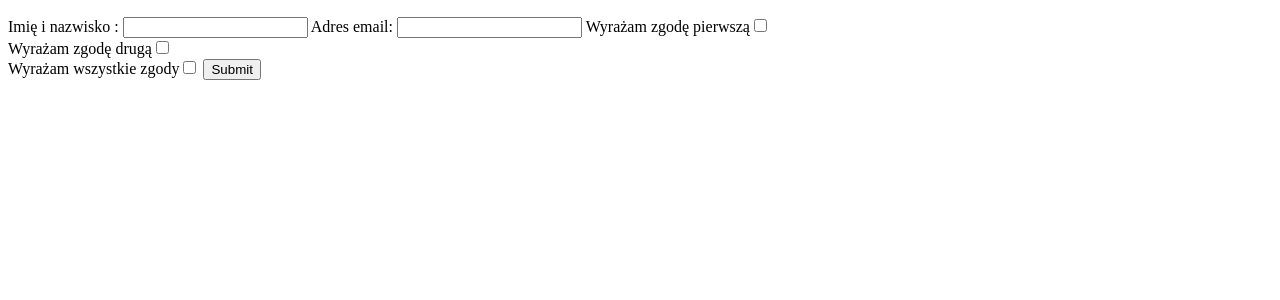
Repository: magdaf41/JavaScript
Page: JS DOM zadanie_5/index.html
The author's editor kept a copy of each file at every save. The page is drawn from the files as they stood at one save, then again after the next save.
The browser window is 1280 px wide. The pictures show the whole page.

Above is the page before, as saved 2020-09-06 15:57:31.
Console error: TypeError: Cannot read properties of null (reading 'addEventListener')

After the next save:
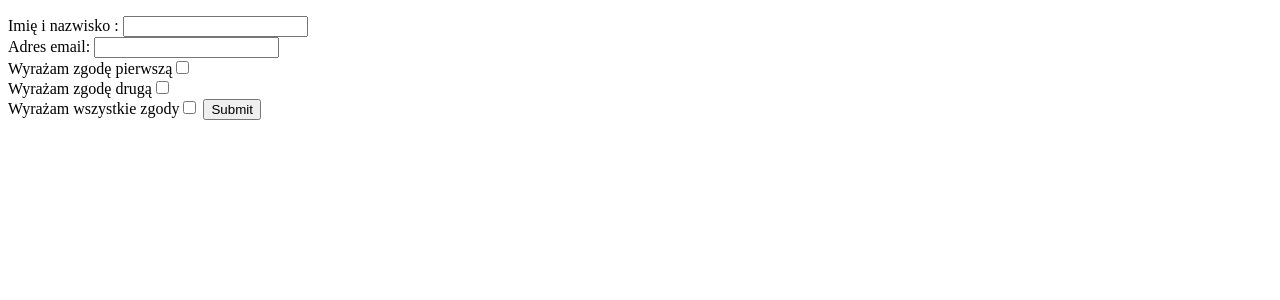
Saved 9 s later.
--- a/JS DOM zadanie_5/index.html
+++ b/JS DOM zadanie_5/index.html
@@ -12,8 +12,8 @@
     <form id="newsletter-form" action="">
 
         <ul class="errors"></ul>
-        <label>Imię  i nazwisko : <input type="text" name="name" value=""></label>
-        <label>Adres email: <input type="text" name="email" id="email"> </label>
+        <label>Imię  i nazwisko : <input type="text" name="name" value=""></label><br>
+        <label>Adres email: <input type="text" name="email" id="email"> </label><br>
 
         <label>Wyrażam zgodę pierwszą<input type="checkbox" name="accept_1" id="accept"></label><br>
         <label>Wyrażam zgodę drugą<input type="checkbox" name="accept_2" id="accept"></label><br>
